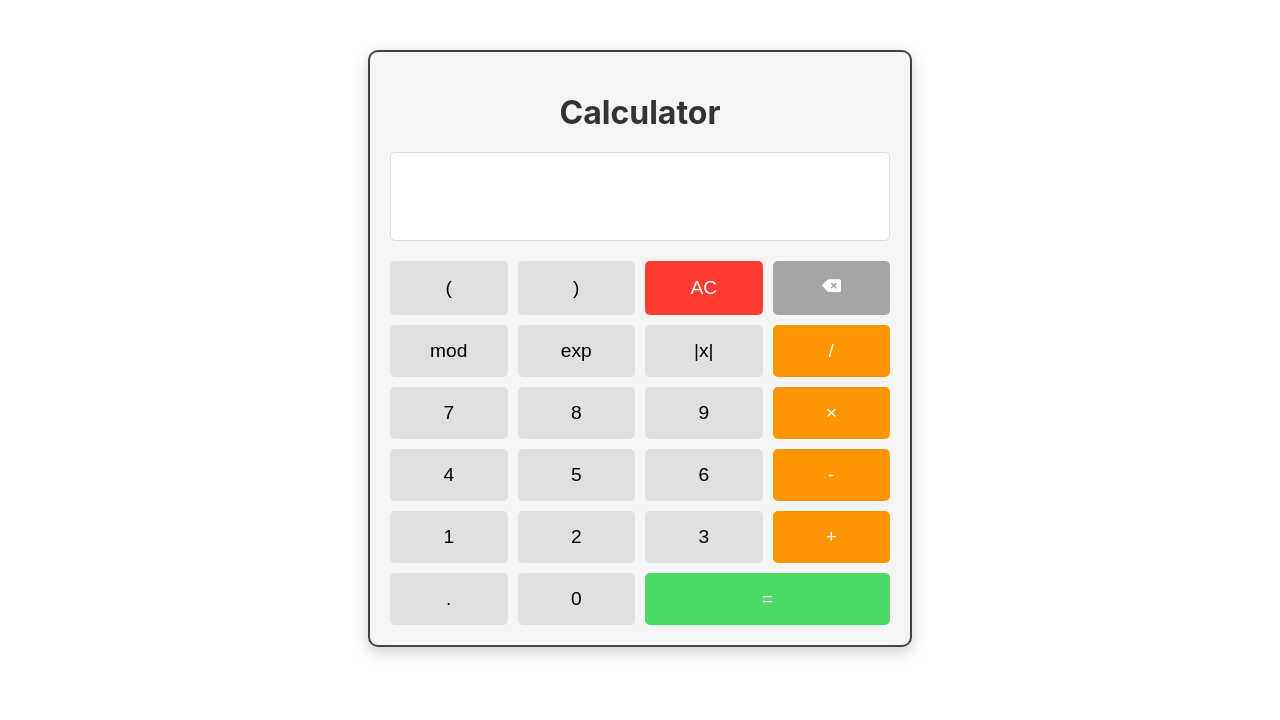
Repository: thesaherriaz/Calculator-React
Page: /
An editor plug-in stored every save of this project. The page is shown before and after the next save, followed by the edit.
The browser window is 1280 px wide. The pictures show the whole page.
The project was rebuilt for these pictures with package versions that can differ from the ones it lists, and the page was loaded fresh each time.

Above is the page before, as saved 2025-06-20 12:35:03.

### public/index.html
<!DOCTYPE html>
<html lang="en">
  <head>
    <meta charset="utf-8" />
    <link rel="icon" href="%PUBLIC_URL%/favicon.ico" />
    <meta name="viewport" content="width=device-width, initial-scale=1" />
    <meta name="theme-color" content="#000000" />
    <meta
      name="description"
      content="Web site created using create-react-app"
    />
    <link rel="apple-touch-icon" href="%PUBLIC_URL%/logo192.png" />
    <link rel="stylesheet" href="https://cdnjs.cloudflare.com/ajax/libs/font-awesome/6.0.0/css/all.min.css">
    <!--
      manifest.json provides metadata used when your web app is installed on a
      user's mobile device or desktop. See https://developers.google.com/web/fundamentals/web-app-manifest/
    -->
    <link rel="manifest" href="%PUBLIC_URL%/manifest.json" />
    <!--
      Notice the use of %PUBLIC_URL% in the tags above.
      It will be replaced with the URL of the `public` folder during the build.
      Only files inside the `public` folder can be referenced from the HTML.

      Unlike "/favicon.ico" or "favicon.ico", "%PUBLIC_URL%/favicon.ico" will
      work correctly both with client-side routing and a non-root public URL.
      Learn how to configure a non-root public URL by running `npm run build`.
    -->
    <title>React App</title>
  </head>
  <body>
    <noscript>You need to enable JavaScript to run this app.</noscript>
    <div id="root"></div>
    <!--
      This HTML file is a template.
      If you open it directly in the browser, you will see an empty page.

      You can add webfonts, meta tags, or analytics to this file.
      The build step will place the bundled scripts into the <body> tag.

      To begin the development, run `npm start` or `yarn start`.
      To create a production bundle, use `npm run build` or `yarn build`.
    -->
  </body>
</html>

### src/App.js
import React from 'react'
import Calculator from './compnents/Calculator'

function App() {
  return (
    <Calculator />
  )
}

export default App

### src/compnents/Calculator.jsx
import React, { useState } from 'react';
import './Calculator.css';
import { FaDeleteLeft } from "react-icons/fa6";

function Calculator() {
    const [input, setInput] = useState('');
    const [result, setResult] = useState('');

    const handleClick = (value) => {
        if (value === 'AC') {
            setInput('');
            setResult('');
        } else if (value === 'DEL') {
            setInput(prev => prev.slice(0, -1));
        } else if (value === '=') {
            try {
                // Note: Using eval is generally not recommended for production
                // Consider using a math expression evaluator library instead
                setResult(eval(input).toString());
            } catch (error) {
                setResult('Error');
            }
        } else {
            setInput(prev => prev + value);
        }
    };

    return (
        <div className="calculator">
            <h1>Calculator</h1>
            <div className="display">
                <div className="input">{input}</div>
                <div className="result">{result}</div>
            </div>
            <div className="buttons">
                <button onClick={() => handleClick('(')}>(</button>
                <button onClick={() => handleClick(')')}>)</button>
                <button className="clear" onClick={() => handleClick('AC')}>AC</button>
                <button className="delete" onClick={() => handleClick('DEL')}><FaDeleteLeft /></button>

                <button onClick={() => handleClick('mod')}>mod</button>
                <button onClick={() => handleClick('exp')}>exp</button>
                <button onClick={() => handleClick('Math.abs()')}>|x|</button>
                <button className="operator" onClick={() => handleClick('/')}>/</button>

                <button onClick={() => handleClick('7')}>7</button>
                <button onClick={() => handleClick('8')}>8</button>
                <button onClick={() => handleClick('9')}>9</button>
                <button className="operator" onClick={() => handleClick('*')}>×</button>

                <button onClick={() => handleClick('4')}>4</button>
                <button onClick={() => handleClick('5')}>5</button>
                <button onClick={() => handleClick('6')}>6</button>
                <button className="operator" onClick={() => handleClick('-')}>-</button>

                <button onClick={() => handleClick('1')}>1</button>
                <button onClick={() => handleClick('2')}>2</button>
                <button onClick={() => handleClick('3')}>3</button>
                <button className="operator" onClick={() => handleClick('+')}>+</button>

                <button onClick={() => handleClick('.')}>.</button>
                <button onClick={() => handleClick('0')}>0</button>
                <button className="equals" onClick={() => handleClick('=')}>=</button>
            </div>
        </div>
    );
}

export default Calculator;

### src/compnents/Calculator.css
.calculator {
    width: 500px;
    margin: 50px auto;
    border: 2px solid #444;
    border-radius: 10px;
    padding: 20px;
    background-color: #f5f5f5;
    box-shadow: 0 5px 15px rgba(0, 0, 0, 0.2);
}

.calculator h1 {
    text-align: center;
    color: #333;
    margin-bottom: 20px;
}

.display {
    background-color: #fff;
    border: 1px solid #ddd;
    border-radius: 5px;
    padding: 10px;
    margin-bottom: 20px;
    text-align: right;
    min-height: 60px;
}

.input {
    font-size: 1.2em;
    color: #666;
    min-height: 1.2em;
}

.result {
    font-size: 1.8em;
    font-weight: bold;
    color: #333;
    min-height: 1.5em;
}

.buttons {
    display: grid;
    grid-template-columns: repeat(4, 1fr);
    grid-gap: 10px;
}

button {
    padding: 15px;
    font-size: 1.2em;
    border: none;
    border-radius: 5px;
    background-color: #e0e0e0;
    cursor: pointer;
    transition: all 0.2s;
}

button:hover {
    background-color: #d0d0d0;
}

button:active {
    transform: scale(0.95);
}

.operator {
    background-color: #ff9500;
    color: white;
}

.operator:hover {
    background-color: #e08500;
}

.clear {
    background-color: #ff3b30;
    color: white;
}

.clear:hover {
    background-color: #e0352b;
}

.delete {
    background-color: #a5a5a5;
    color: white;
}

.delete:hover {
    background-color: #959595;
}

.equals {
    background-color: #4cd964;
    color: white;
    grid-column: span 2;
}

.equals:hover {
    background-color: #3cc954;
}

Loaded but not shown: src/index.js (common file); src/index.css (common file); src/reportWebVitals.js (common file)

After the next save:
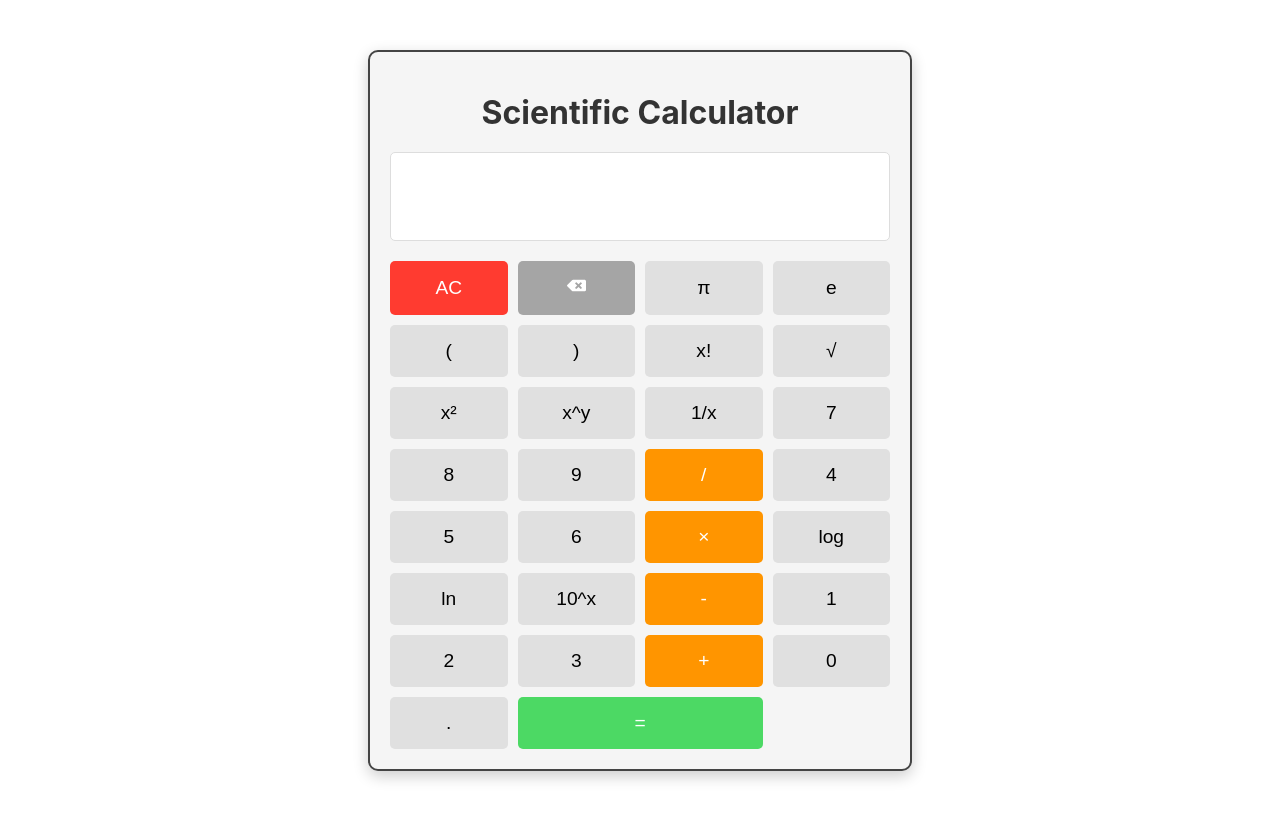
Saved 3 min 54 s later.
--- a/src/compnents/Calculator.jsx
+++ b/src/compnents/Calculator.jsx
@@ -1,6 +1,6 @@
 import React, { useState } from 'react';
 import './Calculator.css';
-import { FaDeleteLeft } from "react-icons/fa6";
+import { FaBackspace } from "react-icons/fa";
 
 function Calculator() {
     const [input, setInput] = useState('');
@@ -13,44 +13,83 @@ function Calculator() {
         } else if (value === 'DEL') {
             setInput(prev => prev.slice(0, -1));
         } else if (value === '=') {
-            try {
-                // Note: Using eval is generally not recommended for production
-                // Consider using a math expression evaluator library instead
-                setResult(eval(input).toString());
-            } catch (error) {
-                setResult('Error');
-            }
+            calculateResult();
+        } else if (value === '√') {
+            setInput(prev => `Math.sqrt(${prev})`);
+        } else if (value === 'x²') {
+            setInput(prev => `Math.pow(${prev},2)`);
+        } else if (value === 'x^y') {
+            setInput(prev => `${prev}^`);
+        } else if (value === '1/x') {
+            setInput(prev => `1/(${prev})`);
+        } else if (value === 'log') {
+            setInput(prev => `Math.log10(${prev})`);
+        } else if (value === 'ln') {
+            setInput(prev => `Math.log(${prev})`);
+        } else if (value === 'π') {
+            setInput(prev => prev + 'Math.PI');
+        } else if (value === 'e') {
+            setInput(prev => prev + 'Math.E');
+        } else if (value === '10^x') {
+            setInput(prev => `Math.pow(10,${prev})`);
+        } else if (value === 'x!') {
+            setInput(prev => `factorial(${prev})`);
         } else {
             setInput(prev => prev + value);
         }
     };
 
+    const factorial = (n) => {
+        if (n < 0) return NaN;
+        if (n <= 1) return 1;
+        return n * factorial(n - 1);
+    };
+
+    const calculateResult = () => {
+        try {
+            // Replace ^ with ** for exponentiation
+            let expression = input.replace(/\^/g, '**');
+            // Evaluate the expression
+            setResult(eval(expression).toString());
+        } catch (error) {
+            setResult('Error');
+        }
+    };
+
     return (
         <div className="calculator">
-            <h1>Calculator</h1>
+            <h1>Scientific Calculator</h1>
             <div className="display">
                 <div className="input">{input}</div>
                 <div className="result">{result}</div>
             </div>
             <div className="buttons">
+                <button onClick={() => handleClick('AC')} className="clear">AC</button>
+                <button onClick={() => handleClick('DEL')} className="delete"><FaBackspace /></button>
+                <button onClick={() => handleClick('π')}>π</button>
+                <button onClick={() => handleClick('e')}>e</button>
                 <button onClick={() => handleClick('(')}>(</button>
                 <button onClick={() => handleClick(')')}>)</button>
-                <button className="clear" onClick={() => handleClick('AC')}>AC</button>
-                <button className="delete" onClick={() => handleClick('DEL')}><FaDeleteLeft /></button>
 
-                <button onClick={() => handleClick('mod')}>mod</button>
-                <button onClick={() => handleClick('exp')}>exp</button>
-                <button onClick={() => handleClick('Math.abs()')}>|x|</button>
-                <button className="operator" onClick={() => handleClick('/')}>/</button>
+                <button onClick={() => handleClick('x!')}>x!</button>
+                <button onClick={() => handleClick('√')}>√</button>
+                <button onClick={() => handleClick('x²')}>x²</button>
+                <button onClick={() => handleClick('x^y')}>x^y</button>
+                <button onClick={() => handleClick('1/x')}>1/x</button>
 
                 <button onClick={() => handleClick('7')}>7</button>
                 <button onClick={() => handleClick('8')}>8</button>
                 <button onClick={() => handleClick('9')}>9</button>
-                <button className="operator" onClick={() => handleClick('*')}>×</button>
+                <button className="operator" onClick={() => handleClick('/')}>/</button>
 
                 <button onClick={() => handleClick('4')}>4</button>
                 <button onClick={() => handleClick('5')}>5</button>
                 <button onClick={() => handleClick('6')}>6</button>
+                <button className="operator" onClick={() => handleClick('*')}>×</button>
+
+                <button onClick={() => handleClick('log')}>log</button>
+                <button onClick={() => handleClick('ln')}>ln</button>
+                <button onClick={() => handleClick('10^x')}>10^x</button>
                 <button className="operator" onClick={() => handleClick('-')}>-</button>
 
                 <button onClick={() => handleClick('1')}>1</button>
@@ -58,8 +97,8 @@ function Calculator() {
                 <button onClick={() => handleClick('3')}>3</button>
                 <button className="operator" onClick={() => handleClick('+')}>+</button>
 
+                <button onClick={() => handleClick('0')}>0</button>
                 <button onClick={() => handleClick('.')}>.</button>
-                <button onClick={() => handleClick('0')}>0</button>
                 <button className="equals" onClick={() => handleClick('=')}>=</button>
             </div>
         </div>
